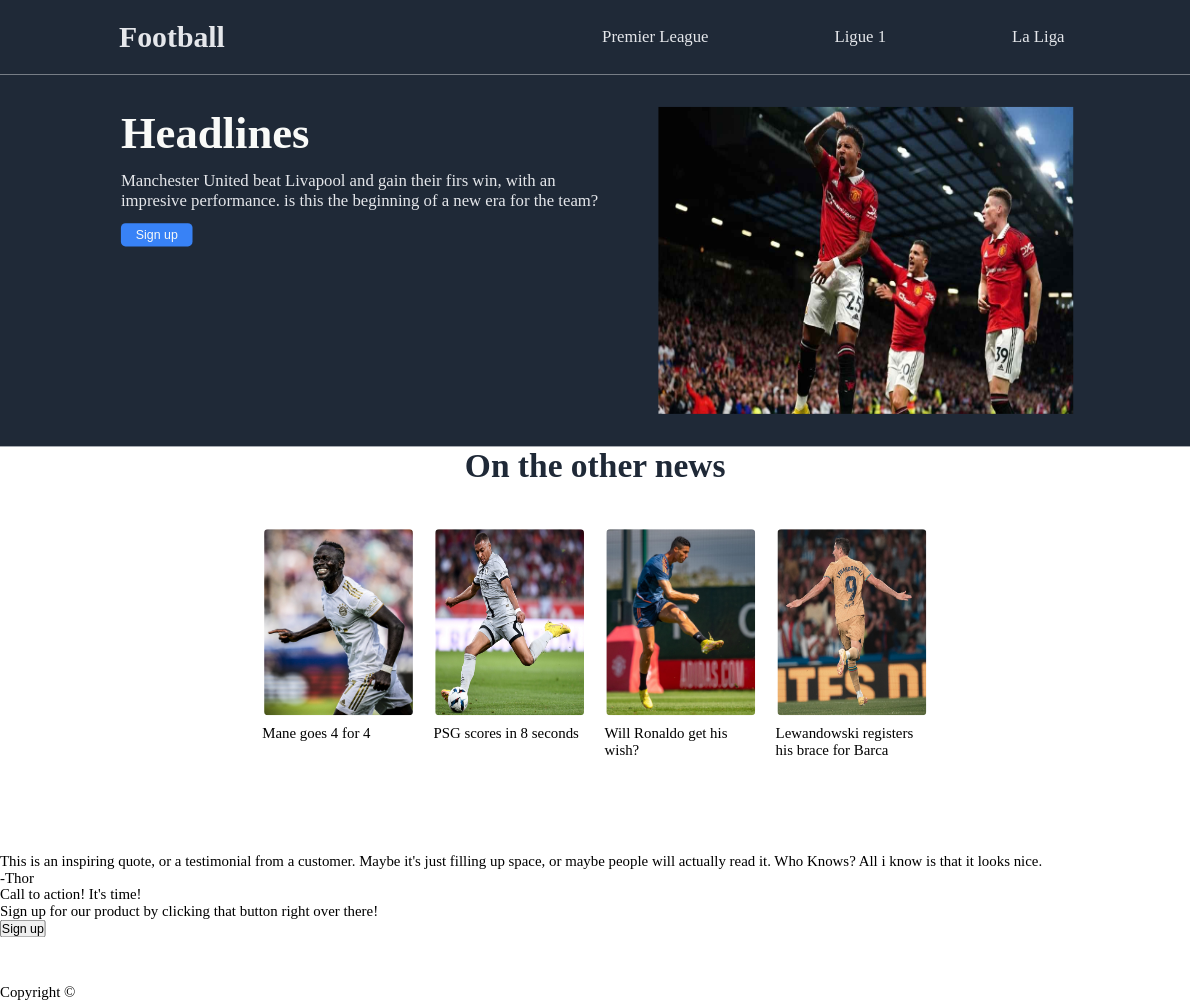
Repository: MhlengiNgubane/Brainnest_CSS
Page: index.html
An editor plug-in stored every save of this project. The page is shown before and after the next save, followed by the edit.
The browser window is 1280 px wide. The pictures show the whole page, at 93% of full size.

Above is the page before, as saved 2022-08-28 00:33:23.

### index.html
<!DOCTYPE html>
<html lang="en">
<head>
    <meta charset="UTF-8">
    <meta http-equiv="X-UA-Compatible" content="IE=edge">
    <meta name="viewport" content="width=device-width, initial-scale=1.0">
    <title>Home</title>

    <link rel="stylesheet" href="./css/style.css">
</head>
<body>
    <header class="logo-links">
        <h1>
            <a href="index.html">Football</a>
        </h1>
        <nav class="links">
            <a href="./pages/link1.html">Premier League</a>
            <a href="./pages/link2.html">Ligue 1</a>
            <a href="./pages/link3.html">La Liga</a>
        </nav>
    </header>
    <section class="hero">
        <aside class="hero-text">
            <h2 class="hero-text-one">Headlines</h2>
            <p class="hero-text-two">
                Manchester United beat Livapool and gain their firs win,
                with an impresive performance.
                is this the beginning of a new era for the team?
            </p>
            <button type="button" class="hero-button">Sign up</button>
        </aside>
        <aside id="hero-img">
            <img
                src="./images/ManU.png"
                alt="Manchester United"
            />
        </aside>
    </section>
    <main>
        <p class="main-header"><strong>On the other news</strong></p>
        <section class="images">
            <figure>
                <img
                    src="./images/mane.png"
                    alt="Sadio Mane in bundesliga"
                />
                <figcaption>
                    Mane goes 4 for 4
                </figcaption>
            </figure>
            <figure>
                <img
                    src="./images/mbappe.png"
                    alt="Kylian Mbappe"
                />
                <figcaption>
                    PSG scores in 8 seconds
                </figcaption>
            </figure>
            <figure class="main-three">
                <img
                    src="./images/ronaldo.png"
                    alt="Cristiano Ronaldo"
                />
                <figcaption>
                    Will Ronaldo get his<br/> wish?
                </figcaption>
            </figure>
            <figure class="main-four">
                <img
                    src="./images/lewandowski.png"
                    alt="Robert Lewandowski"
                />
                <figcaption>
                    <p>Lewandowski registers<br/> his brace for Barca</p>
                </figcaption>
            </figure>
        </section>
        <section>
            <blockquote>
                This is an inspiring quote, or a testimonial from a customer.
                Maybe it's just filling up space, or maybe people will actually
                read it. Who Knows? All i know is that it looks nice.
            </blockquote>
            <p class="quote-text-auth">-Thor</p>
        </section>
        <section class="call-action">
            <p class="call-text-one">Call to action! It's time!</p>
            <p class="call-text-two">Sign up for our product by clicking that button right over there!</p>
            <side class="call-button">
                <button type="button">Sign up</button>
            </side>
        </section>
    </main>
    <footer>
        <p>Copyright ©</p>
    </footer>
</body>
</html>

### css/style.css
* {
    box-sizing: border-box;
    margin: 0;
    padding: 0;
}

header {
    position: fixed;
    left: 0;
    top: 0;
    height: 79.88px;
    width: 100%;
    color: #F9FAF8;
    display: flex;
    justify-content: space-between;
    align-items: center;
    background-color: #1F2937;
}

header h1 {
    display: flex;
    flex: 1;
    align-items: center;
    padding: 0 10%;
}

nav {
    display: flex;
    flex-direction: row;
    justify-content: space-evenly;
    color: #E5E7EB;
    font-size: 18px;
    flex: 3;
}
a {
    text-decoration: none;
    color: #E5E7EB;
}
.hero {
    margin-top: 79.88px;
    display: flex;
    flex-direction: row;
    height: 400px;
    width: 100%;
    background-color: #1F2937;
}
.hero aside {
    flex: 1;
    margin-left: 130px;
    margin-right: 20px;
    margin-top: 35px;
    margin-bottom: 35px;
}
.hero-text-one {
    color: #F9FAF8;
    font-size: 48px;
    margin: 0px;
}
.hero-text-two {
    color: #E5E7EB;
    font-size: 18px;
    margin-top: 14px;
    margin-bottom: 14px;
}
.hero-button {
    background-color: #3882F6;
    border-radius: 5px;
    color: #F9FAF8;
    border:none;
    padding: 5px 16px;
}
#hero-img {
    flex: 1;
    margin-left: 20px;
    margin-right: 35px;
    margin-top: 35px;
    margin-bottom: 45px;
    height: 230px;
    width: 400px;
}
#hero-img img {
    height: 330px;
    width: 446.5px;
}
main {
    margin-bottom: 50px;
}
.main-header {
    color: #1F2937;
    text-align: center;
    font-size: 36px;
}
.images {
    display: flex;
    flex-direction: row;
    justify-content: center;
    height: 350px;
    width: 100%;
    padding-top: 30px;
    padding-bottom: 30px;
    margin-bottom: 45px;
}
figure {
    padding: 15px 10px;
}
figure img {
    height: 200px;
    width: 160px;
    border-radius: 4px;
    margin: 2px
}
figcaption{
    margin-top: 5px;
    margin-bottom: 0px;
    margin-right: 1px;
}

After the next save:
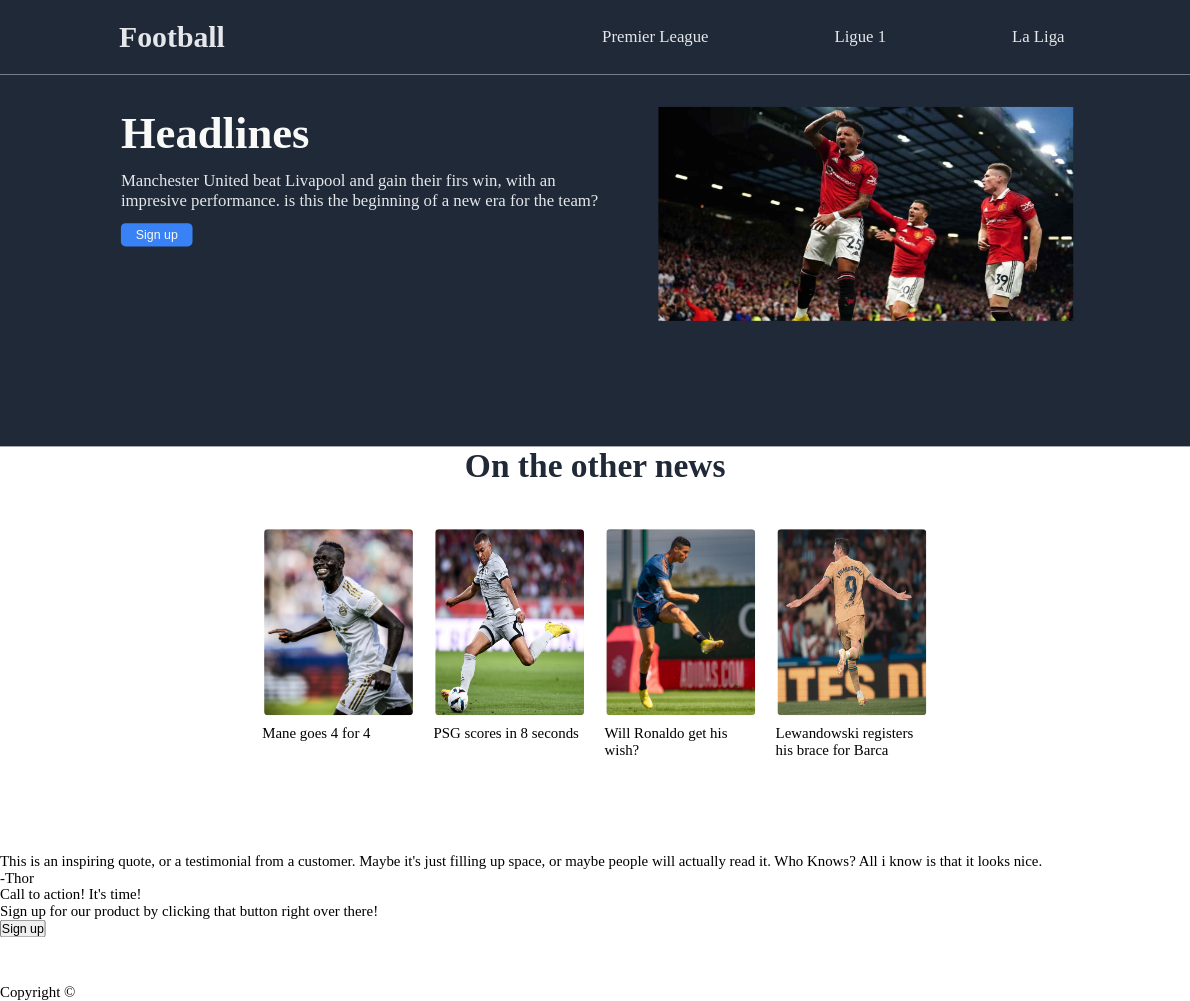
Saved 20 s later.
--- a/css/style.css
+++ b/css/style.css
@@ -79,7 +79,7 @@
     width: 400px;
 }
 #hero-img img {
-    height: 330px;
+    height: 230px;
     width: 446.5px;
 }
 main {
